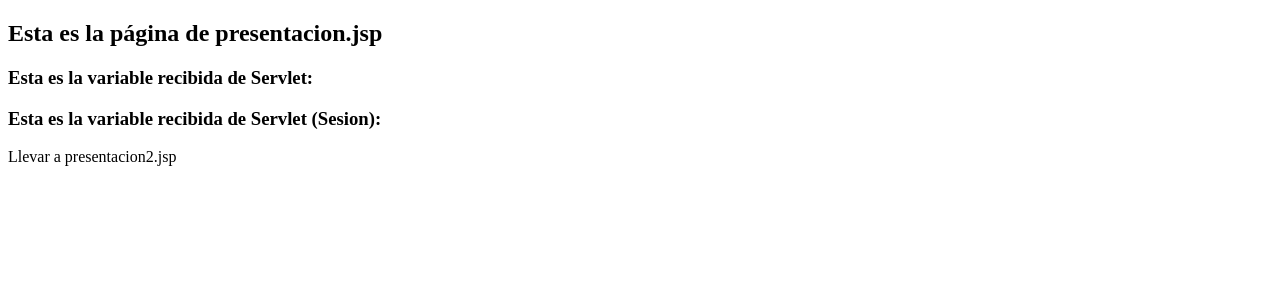
Repository: borispacex/javaee-projects
Page: http://localhost/Java_Web/presentacion.jsp
These files come from the project's save history. The page is drawn as it stood at one moment and after the next save; the edit follows.
The browser window is 1280 px wide. The pictures show the whole page.
The page is served by Tomcat 9. Other server files are loaded and not shown. The template is opened directly, without the code that normally fills it, so the values that code supplies are empty.

Above is the page before, as saved 2023-05-08 18:38:17.

### Java_Web/WebContent/presentacion.jsp
<%@ page language="java" contentType="text/html; charset=UTF-8"
    pageEncoding="UTF-8"%>
<!DOCTYPE html>
<html>
<head>
<meta charset="UTF-8">
<title>Presentación</title>
</head>
<body>
	<h2>Esta es la página de presentacion.jsp</h2>

	<h3>Esta es la variable recibida de Servlet: ${name1}</h3>
	<h3>Esta es la variable recibida de Servlet (Sesion): ${name2}</h3>

	<a hre="presentacion2.jsp">Llevar a presentacion2.jsp</a>
</body>
</html>

After the next save:
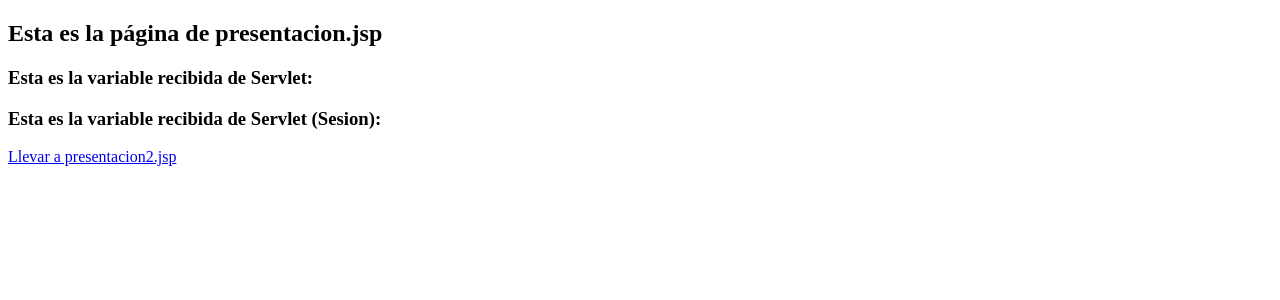
Saved 28 s later.
--- a/Java_Web/WebContent/presentacion.jsp
+++ b/Java_Web/WebContent/presentacion.jsp
@@ -12,6 +12,6 @@
 	<h3>Esta es la variable recibida de Servlet: ${name1}</h3>
 	<h3>Esta es la variable recibida de Servlet (Sesion): ${name2}</h3>
 
-	<a hre="presentacion2.jsp">Llevar a presentacion2.jsp</a>
+	<a href="presentacion2.jsp">Llevar a presentacion2.jsp</a>
 </body>
 </html>
